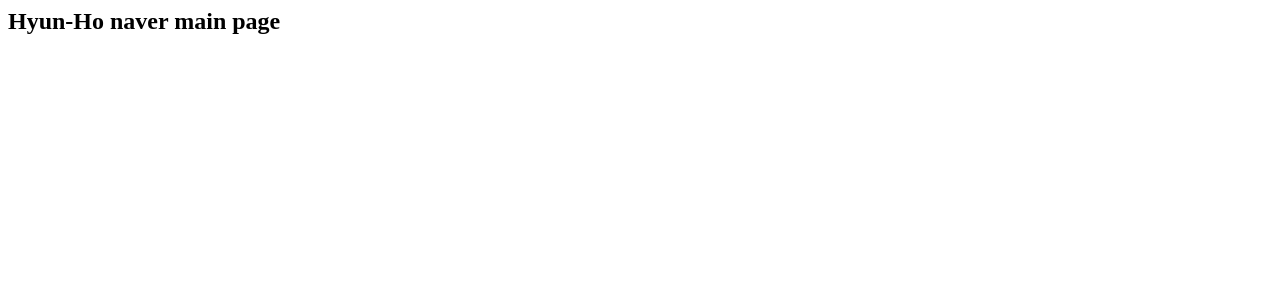
Repository: shinhyunho7653/spring-class-content
Page: Day57_20260812_2/src/main/resources/static/index.html
The author's editor kept a copy of each file at every save. The page is drawn from the files as they stood at one save, then again after the next save.
The browser window is 1280 px wide. The pictures show the whole page.

Above is the page before, as saved 2026-08-12 07:00:35.

### Day57_20260812_2/src/main/resources/static/index.html
<html>

<head></head>

<body>
	<h2>Hyun-Ho naver main page</h2>
</body>

</html>

After the next save:
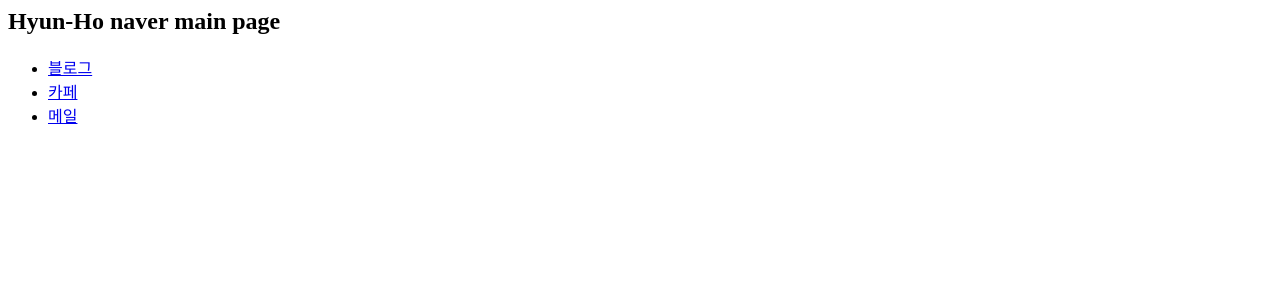
Saved 24 min 23 s later.
--- a/Day57_20260812_2/src/main/resources/static/index.html
+++ b/Day57_20260812_2/src/main/resources/static/index.html
@@ -4,6 +4,20 @@
 
 <body>
 	<h2>Hyun-Ho naver main page</h2>
+
+	<header>
+		<ul>
+			<li>
+				<a href="/blog">블로그</a>
+			</li>
+			<li>
+				<a href="/cafe">카페</a>
+			</li>
+			<li>
+				<a href="/mail">메일</a>
+			</li>
+		</ul>
+	</header>
 </body>
 
 </html>
